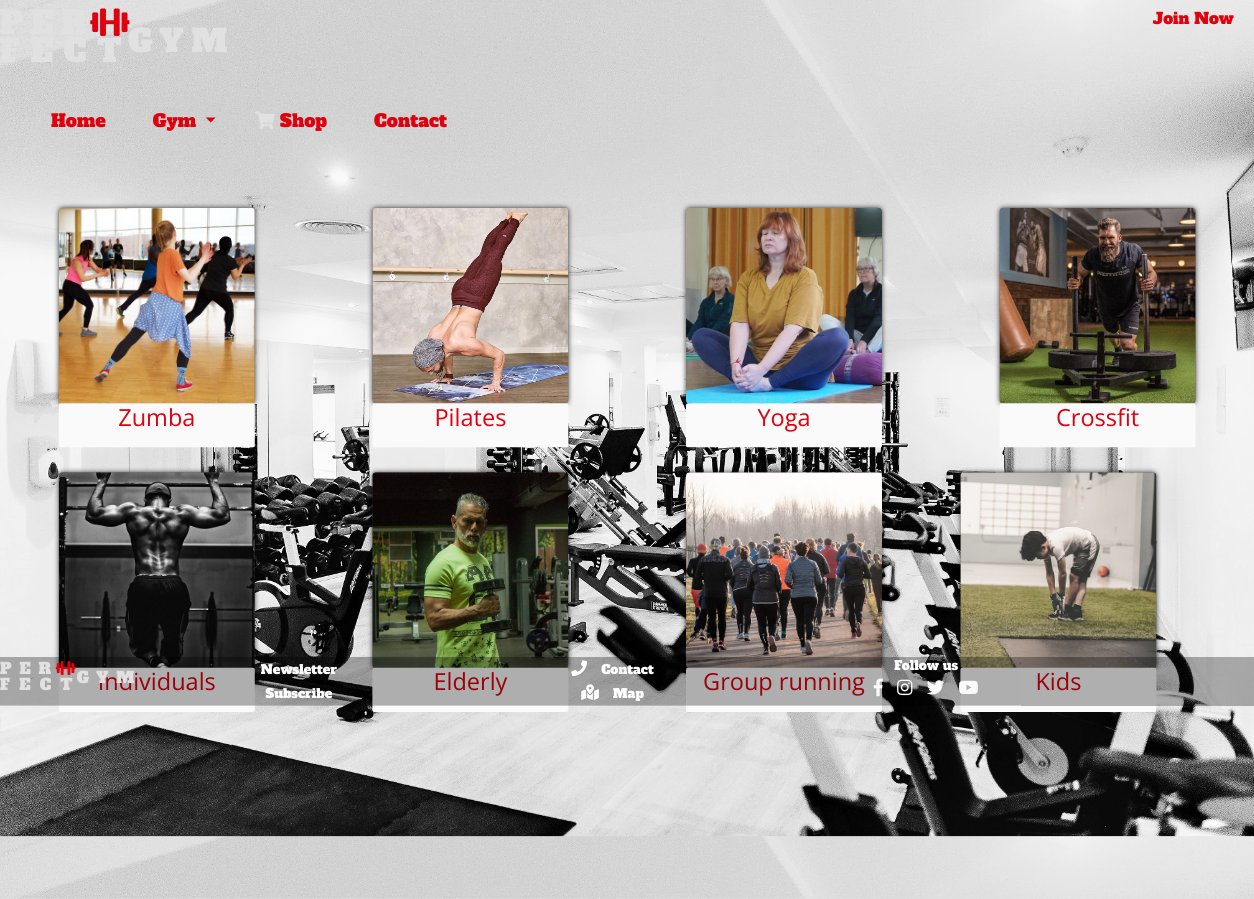
Repository: meghdadyazdi/UCFD-Milestone
Page: activities.html
The author's editor kept a record of every edit. The page is drawn from the files as they stood at one moment, then again after the next edit.
The browser window is 1280 px wide. The pictures show the whole page, at 98% of full size.
Backgrounds fixed to the window are drawn as part of the page. Some web libraries are served in a nearby version.

Above is the page before.

### activities.html
<!DOCTYPE html>
<html lang="en">

<head>
    <meta charset="UTF-8">
    <meta name="viewport" content="width=device-width, initial-scale=1.0">
    <meta http-equiv="X-UA-Compatible" content="ie=edge">
    <link rel="stylesheet" href="https://stackpath.bootstrapcdn.com/bootstrap/4.3.1/css/bootstrap.min.css" type="text/css" />
    <link rel="stylesheet" href="https://stackpath.bootstrapcdn.com/bootstrap/4.3.1/css/bootstrap.min.css">
    <link rel="stylesheet" href="https://use.fontawesome.com/releases/v5.6.1/css/all.css" integrity="sha384-gfdkjb5BdAXd+lj+gudLWI+BXq4IuLW5IT+brZEZsLFm++aCMlF1V92rMkPaX4PP" crossorigin="anonymous">
    <link href="https://fonts.googleapis.com/css?family=Alfa+Slab+One&display=swap" rel="stylesheet">
    <link href="https://fonts.googleapis.com/css?family=Open+Sans&display=swap" rel="stylesheet">
    <link rel="stylesheet" href="https://cdnjs.cloudflare.com/ajax/libs/hover.css/2.3.1/css/hover-min.css" type="text/css" />
    <link rel="stylesheet" href="style.css" type="text/css" />
    <title>Perfect Gym</title>
</head>

<body class="activities-body">



    <!--Header-->
    <header>
        <div class="row container-fluid container-top m-0 p-0">
            <div class="col-6 m-0 p-0">
                <div class="mylogo-big uppercase">
                    <div id="per_in_logo-big">per</div>
                    <div id="fect_in_logo-big">fect</div>
                    <div id="dumbbell-big"><i class="fas fa-dumbbell"></i></div>
                    <div id="gym_in_logo-big">gym</div>
                </div>
            </div>
            <div class="col-6">
                <a href="/login" class="btn btn--cta btn--red" data-toggle="modal" data-target="#join-us-modal">Join Now</a>
            </div>
        </div>
    </header>
    <!--/Header-->



    <!--Navbar-->
    <nav class="navbar navbar-light navbar-expand-sm">

        <button class="navbar-toggler ml-auto" type="button" data-toggle="collapse" data-target="#navbarNavDropdown" aria-controls="navbarNavDropdown" aria-expanded="false" aria-label="Toggle navigation">
                    <span class="navbar-toggler-icon"></span>
            </button>

        <div class="collapse navbar-collapse" id="navbarNavDropdown">
            <ul class="navbar-nav mr-auto">
                <li class="nav-item mr-2"><a href="index.html" class="nav-link">Home</a></li>

                <li class="nav-item dropdown">
                    <a class="nav-link dropdown-toggle" href="#" id="navbarDropdownMenuLink" role="button" data-toggle="dropdown" aria-haspopup="true" aria-expanded="false">Gym
                </a>
                    <div class="dropdown-menu" aria-labelledby="navbarDropdownMenuLink">
                        <a class="dropdown-item" href="trainers.html">Our trainers</a>
                        <a class="dropdown-item" href="activities.html">Activities</a>
                    </div>
                </li>
                <li class=" nav-item mr-2"><a href="shop.html" class="nav-link"><span><i class="fas fa-shopping-cart shop-icon"></i></span> Shop</a></li>
                <li class=" nav-item mr-2 "><a href="contact.html" class="nav-link">Contact</a></li>
            </ul>
        </div>


    </nav>
    <!--/Navbar-->


    <section>
        <div class="row m-0 p-0">
            <div class="col-12 col-sm-4 col-lg-3 text-center">
                <a href="#" class="m-0 p-0">
                <div class="box-activity image-zumba">
                    <h2>Zumba</h2>
                </div>
            </div>
            <div class="col-12 col-sm-4 col-lg-3 text-center">
                <a href="#" class="m-0 p-0">
                <div class="box-activity image-pilates">
                    <h2>Pilates</h2>
                </div>
            </div>
            <div class="col-12 col-sm-4 col-lg-3 text-center">
                <a href="#" class="m-0 p-0">
                <div class="box-activity image-yoga">
                    <h2>Yoga</h2>
                </div>
            </div>
            <div class="col-12 col-sm-4 col-lg-3 text-center">
                <a href="#" class="m-0 p-0">
                <div class="box-activity image-crossfit">
                    <h2>Crossfit</h2>
                </div>
            </div>
            <div class="col-12 col-sm-4 col-lg-3 text-center">
                <a href="#" class="m-0 p-0">
                <div class="box-activity image-individual">
                    <h2>Individuals</h2>
                </div>
            </div>
            <div class="col-12 col-sm-4 col-lg-3 text-center">
                <a href="#" class="m-0 p-0">
                <div class="box-activity image-elderly">
                    <h2>Elderly</h2>
                </div>
            </div>
            <div class="col-12 col-sm-4 col-lg-3 text-center">
                <a href="#" class="m-0 p-0">
                <div class="box-activity image-gruning">
                    <h2>Group running</h2>
                </div>
            </div>
            <div class="col-12 col-sm-4 col-lg-3 text-center special-marging">
                <div class="box-activity image-kids">
                    <h2>Kids</h2>
                </div>
            </div>
        </div>
    </section>



    <!--Footer-->
    <footer class="container-fluid m-0 p-0">
        <div class="row container-fluid m-0 p-0">
            <div class="col-12 col-sm-3 p-0 m-0">
                <!--logo-->
                <div class="mylogo uppercase">
                    <div id="per_in_logo">per</div>
                    <div id="fect_in_logo">fect</div>
                    <div id="dumbbell"><i class="fas fa-dumbbell"></i></div>
                    <div id="gym_in_logo">gym</div>
                </div>
                <!--/logo-->
            </div>

            <div class="col-6 col-sm-3 text-center m-0 p-0">
                <div class="row">
                    <div class="col-12">
                        <a href="#" class="footer-font">
                            Newsletter
                        </a>
                    </div>
                    <div class="col-12">
                        <a class="footer-font" href="#">
                            Subscribe
                        </a>
                    </div>
                </div>
            </div>

            <div class="col-6 col-sm-3 text-center m-0 p-0">
                <div class="row">
                    <div class="col-12">
                        <a href="#" target="_blank">
                            <i id="phone" class="fas fa-phone"></i>
                            <span class="sr-only">phone</span>
                        </a>
                        <a class="footer-font" href="#">Contact</a>
                    </div>
                    <div class="col-12">
                        <a href="https://www.google.com/maps/place/Corvo+Island/@39.6981037,-31.1405764,13z/data=!3m1!4b1!4m5!3m4!1s0xb3247959c9c6983:0x59be196c967d2206!8m2!3d39.7023111!4d-31.1080244" target="_blank">
                            <i id="map" class="fas fa-map-marked-alt"></i>
                            <span class="sr-only">Map</span>
                        </a>
                        <a class="footer-font" href="https://www.google.com/maps/place/Corvo+Island/@39.6981037,-31.1405764,13z/data=!3m1!4b1!4m5!3m4!1s0xb3247959c9c6983:0x59be196c967d2206!8m2!3d39.7023111!4d-31.1080244" target="_blank">Map
                        </a>
                    </div>
                </div>
            </div>

            <div class="col-12 col-sm-3 text-center m-0 p-0 ">
                <p class="footer-font  d-inlineblock m-0 p-0 d-none d-sm-block">Follow us</p>
                <ul class="list-inline social-link">
                    <li class="list-inline-item">
                        <a href="#" target="_blank">
                            <i class="fab fa-facebook-f" aria-hidden="true"></i>
                            <span class="sr-only">Facebook</span>
                        </a>
                    </li>
                    <li class="list-inline-item">
                        <a href="#" target="_blank">
                            <i class="fab fa-instagram" aria-hidden="true"></i>
                            <span class="sr-only">Instagram</span>
                        </a>
                    </li>
                    <li class="list-inline-item">
                        <a href="#" target="_blank">
                            <i class="fab fa-twitter" aria-hidden="true"></i>
                            <span class="sr-only">Twitter</span>
                        </a>
                    </li>
                    <li class="list-inline-item">
                        <a href="#" target="_blank">
                            <i class="fab fa-youtube" aria-hidden="true"></i>
                            <span class="sr-only">YouTube</span>
                        </a>
                    </li>
                </ul>
            </div>
        </div>
    </footer>
    <!--/Footer-->



    <!--Form for join as Modal-->
    <div class="modal" tabindex="-1" role="dialog" id="join-us-modal">
        <div class="modal-dialog" role="document">
            <div class="modal-content">
                <div class="modal-header font-form-title">
                    <h5 class="modal-title">Join us for free consulting</h5>
                    <button type="button" class="close" data-dismiss="modal" aria-label="Close">
                            <span aria-hidden="true">&times;</span>
                            </button>
                </div>
                <div class="modal-body">
                    <form>
                        <div class="form-group">
                            <label class="font-form-item" for="firstname">First Name</label>
                            <input type="text" class="form-control" id="firstname" placeholder="Enter your firstname">
                        </div>
                        <div class="form-group">
                            <label class="font-form-item" for="lastname">Last Name</label>
                            <input type="text" class="form-control" id="lastname" placeholder="Enter your lastname">
                        </div>
                        <div class="form-group">
                            <label class="font-form-item" for="exampleInputEmail1">Email address</label>
                            <input type="email" class="form-control" id="exampleInputEmail1" aria-describedby="emailHelp" placeholder="Enter email">
                        </div>
                        <div class="form-group">
                            <label class="font-form-item" for="password">Password</label>
                            <input type="password" class="form-control" id="password" placeholder="Password">
                        </div>
                        <div class="form-group">
                            <label class="font-form-item" for="repeatpassword">Password</label>
                            <input type="password" class="form-control" id="repeatpassword" placeholder="Repeat Password">
                        </div>
                        <div class="form-group">
                            <label class="font-form-item" for="age">Your age</label>
                            <input type="number" class="form-control" id="age" placeholder="Age" min="7" max="85">
                        </div>
                        <div class="form-group">
                            <label class="font-form-item" for="age">Gender</label>
                            <br>
                            <input class="font-form-item" type="radio" name="gender" value="male" checked> Male<br>
                            <input class="font-form-item" type="radio" name="gender" value="female"> Female<br>
                            <input class="font-form-item" type="radio" name="gender" value="other"> Other<br><br>
                        </div>
                        <button type="submit" class="btn btn-success">Submit</button>
                    </form>
                </div>
            </div>
        </div>
    </div>
    <!--/Form for join as Modal-->




    <script src="https://code.jquery.com/jquery-3.3.1.slim.min.js" integrity="sha384-q8i/X+965DzO0rT7abK41JStQIAqVgRVzpbzo5smXKp4YfRvH+8abtTE1Pi6jizo" crossorigin="anonymous"></script>
    <script src="https://cdnjs.cloudflare.com/ajax/libs/popper.js/1.14.3/umd/popper.min.js" integrity="sha384-ZMP7rVo3mIykV+2+9J3UJ46jBk0WLaUAdn689aCwoqbBJiSnjAK/l8WvCWPIPm49" crossorigin="anonymous"></script>
    <script src="https://stackpath.bootstrapcdn.com/bootstrap/4.1.3/js/bootstrap.min.js" integrity="sha384-ChfqqxuZUCnJSK3+MXmPNIyE6ZbWh2IMqE241rYiqJxyMiZ6OW/JmZQ5stwEULTy" crossorigin="anonymous"></script>


</body>

</html>

Loaded but not shown: style.css (760 lines, source omitted)

After the next edit:
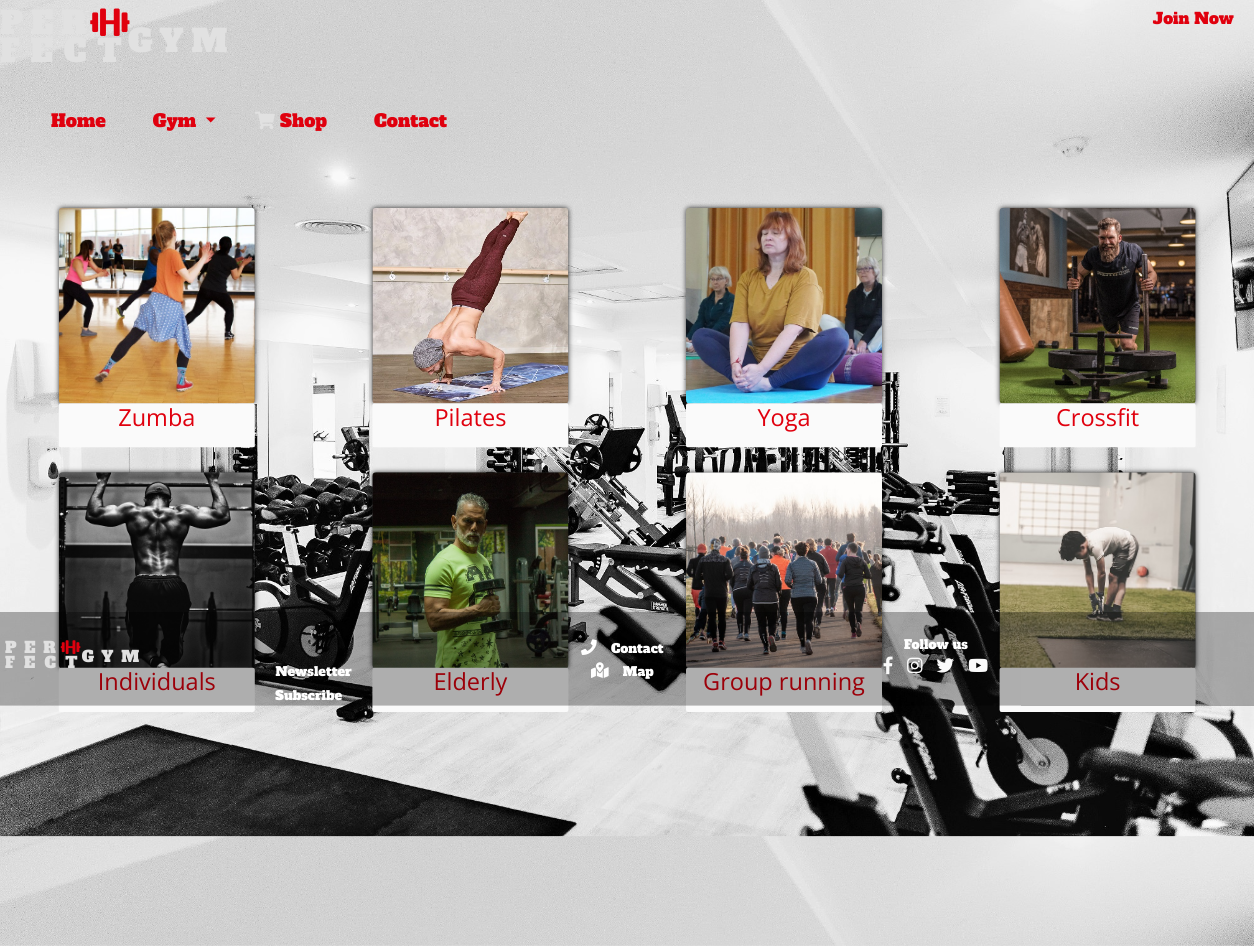
The edit:
--- a/activities.html
+++ b/activities.html
@@ -113,6 +113,7 @@
                 </div>
             </div>
             <div class="col-12 col-sm-4 col-lg-3 text-center special-marging">
+                <a href="#" class="p-0">
                 <div class="box-activity image-kids">
                     <h2>Kids</h2>
                 </div>
